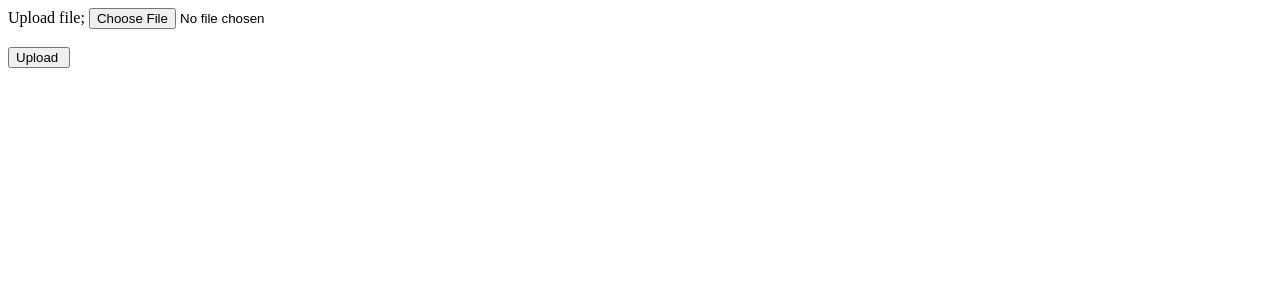
Repository: raghav3003/Simplilearn_phase3
Page: SpringFiles/src/main/resources/static/index.html
The author's editor kept a copy of each file at every save. The page is drawn from the files as they stood at one save, then again after the next save.
The browser window is 1280 px wide. The pictures show the whole page.

Above is the page before, as saved 2021-06-18 11:35:36.

After the next save:
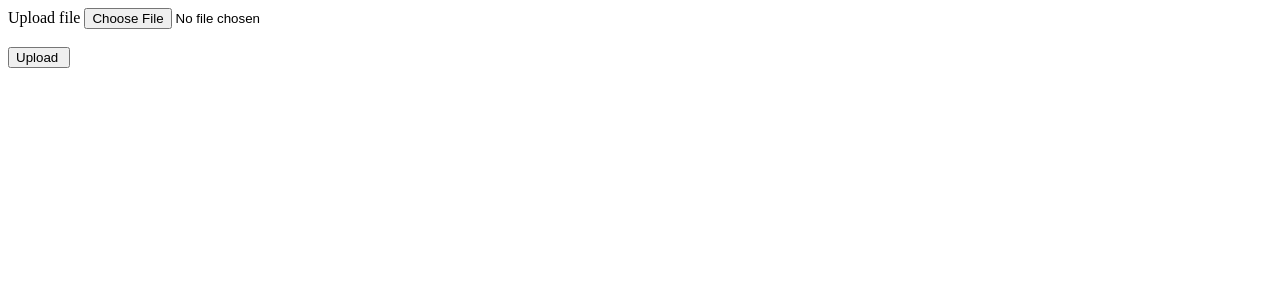
Saved 6 s later.
--- a/SpringFiles/src/main/resources/static/index.html
+++ b/SpringFiles/src/main/resources/static/index.html
@@ -3,7 +3,7 @@
 <body>
 
         <form  method="post" enctype="multipart/form-data" action="/upload">
-         Upload file;
+         Upload file
            <input type="file" name="fileToUpload" id="fileToUpload"><br><br>
     <input type="submit" value="Upload " name="submit">
         </form>
